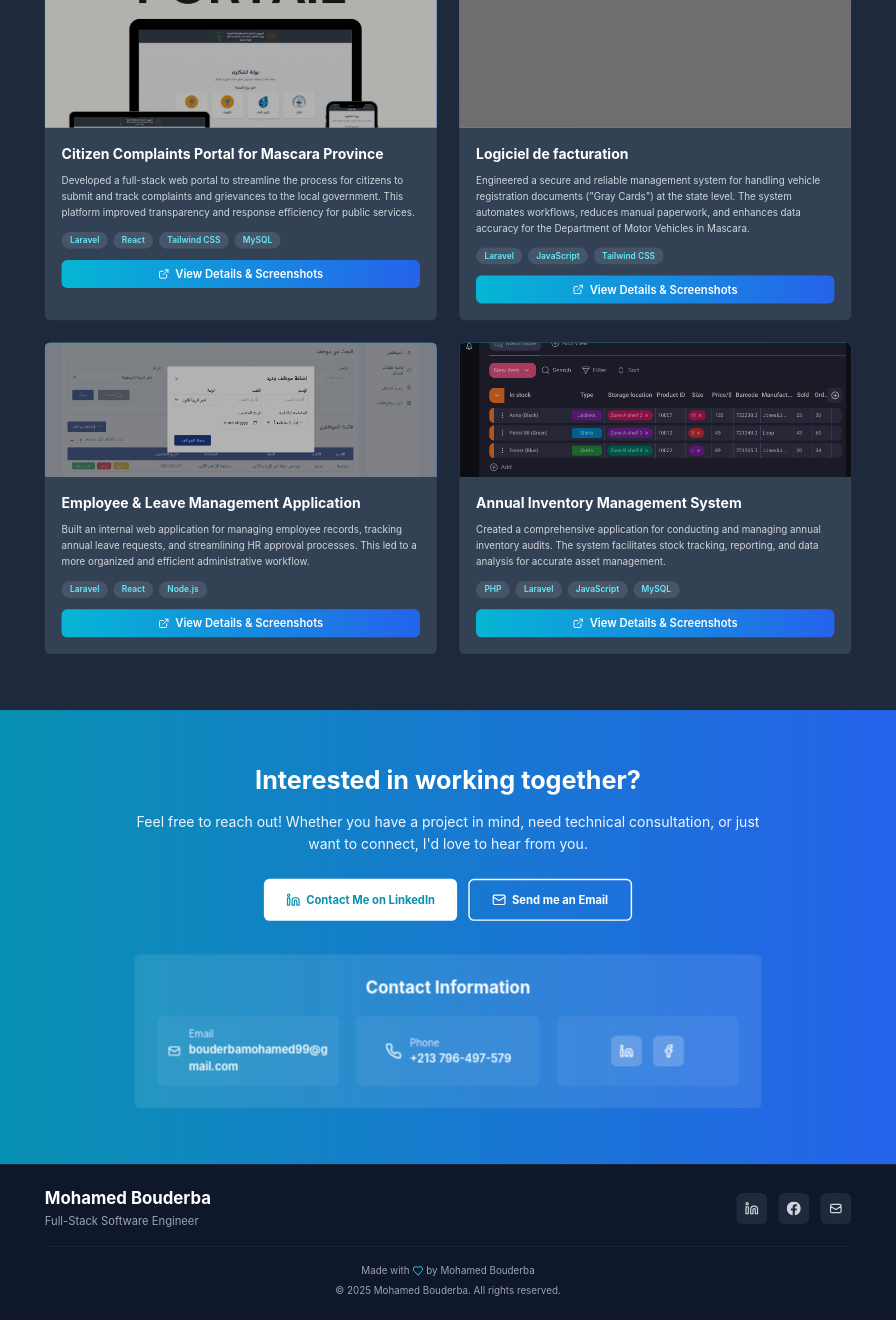
Repository: BouderbaM/portfloio
Page: /
These files come from the project's save history. The page is drawn as it stood at one moment and after the next save; the edit follows.
The browser window is 1280 px wide. The pictures show the part of the page from y = 1519 to 3439 px (the page is 3404 px tall before and 3449 px after), at 70% of full size.
Pictures or frames that could not be fetched are drawn as grey boxes. The project was rebuilt for these pictures with package versions that can differ from the ones it lists, and the page was loaded fresh each time. Also part of the build but not shown: vite.config.js.

Above is the page before, as saved 2025-11-29 21:24:32.

After the next save:
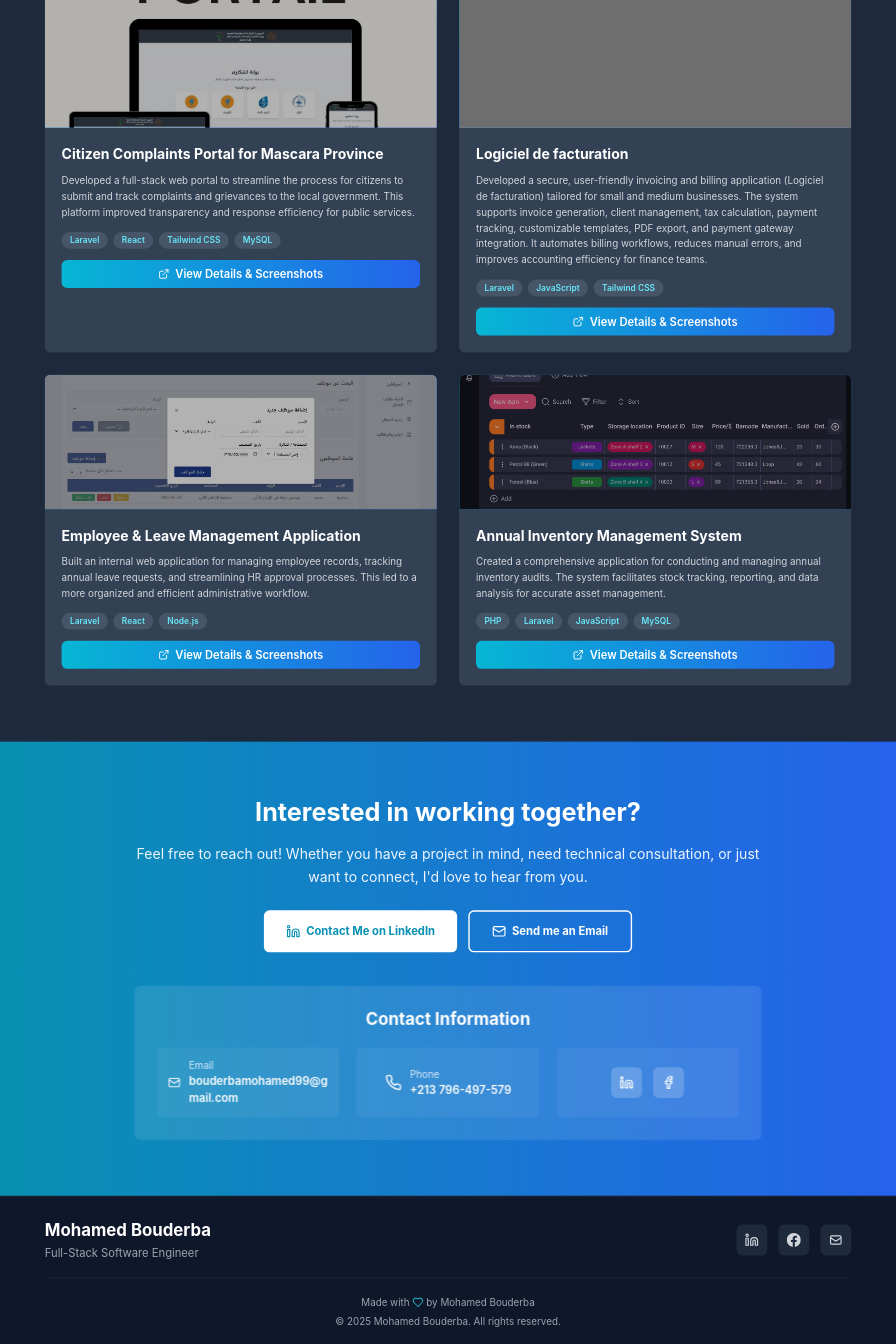
Saved 3 min 8 s later.
--- a/src/components/Projects.jsx
+++ b/src/components/Projects.jsx
@@ -15,7 +15,7 @@ export default function Projects() {
     {
       id: 2,
       title: 'Logiciel de facturation',
-      description: 'Engineered a secure and reliable management system for handling vehicle registration documents ("Gray Cards") at the state level. The system automates workflows, reduces manual paperwork, and enhances data accuracy for the Department of Motor Vehicles in Mascara.',
+      description: 'Developed a secure, user-friendly invoicing and billing application (Logiciel de facturation) tailored for small and medium businesses. The system supports invoice generation, client management, tax calculation, payment tracking, customizable templates, PDF export, and payment gateway integration. It automates billing workflows, reduces manual errors, and improves accounting efficiency for finance teams.',
       technologies: ['Laravel', 'JavaScript', 'Tailwind CSS'],
       image: '/gray-card.jpg',
     },
